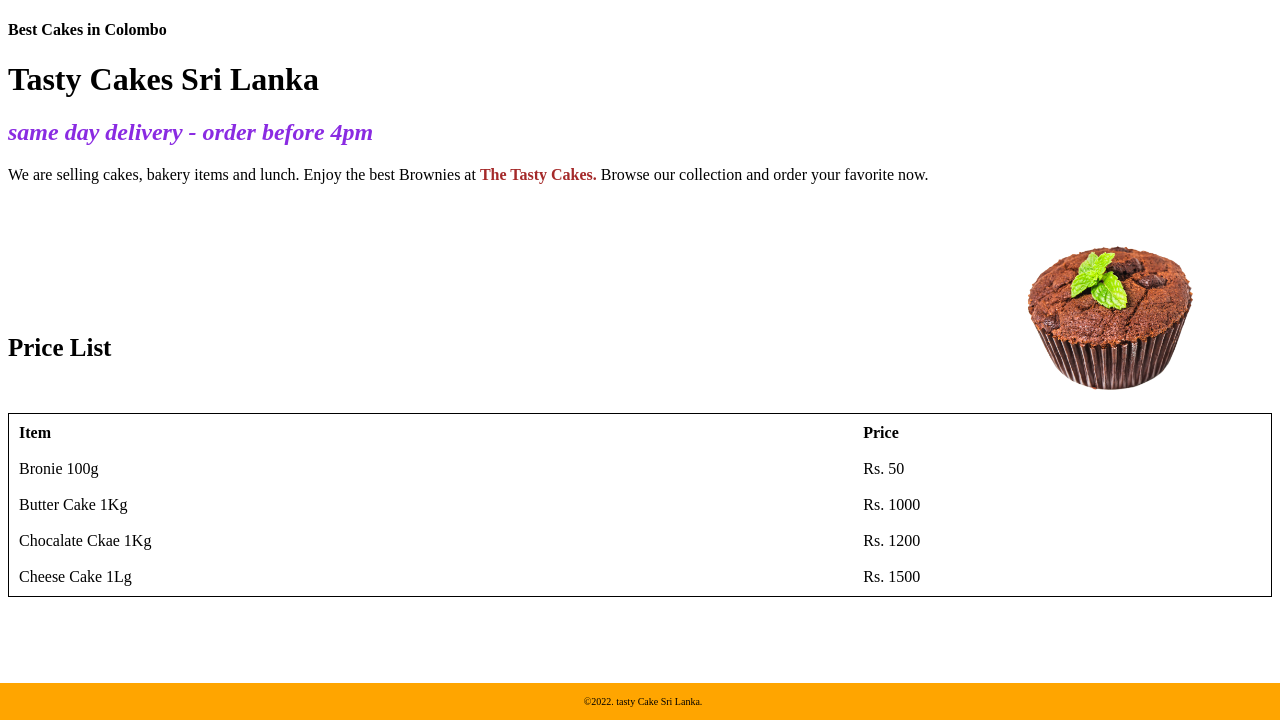
Repository: DhananjayaLakshan/Uom-Web_Design_For_Beginners
Page: work01/index.html
An editor plug-in stored every save of this project. The page is shown before and after the next save, followed by the edit.
The browser window is 1280 px wide. The pictures show the whole page.

Above is the page before, as saved 2023-11-24 18:36:30.

After the next save:
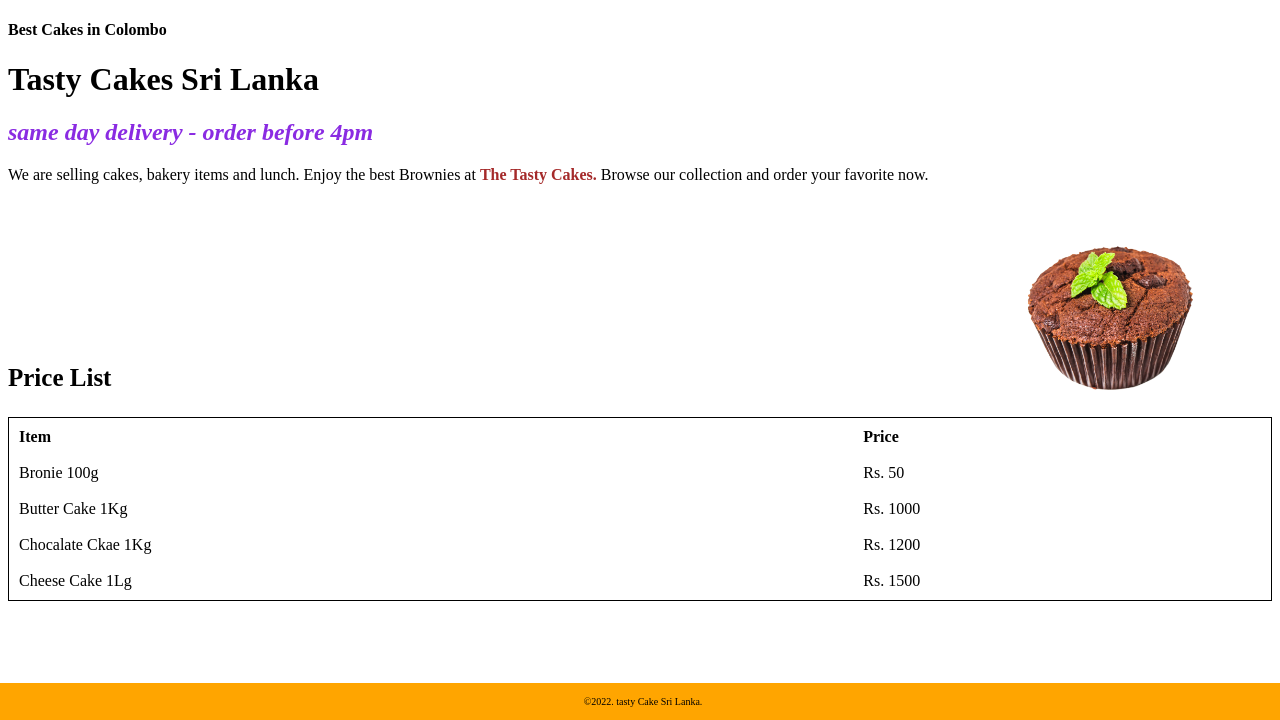
Saved 12 s later.
--- a/work01/styles.css
+++ b/work01/styles.css
@@ -8,7 +8,7 @@ img{
 }
 
 .pricetopic{
-    margin-top: 150px;
+    margin-top: 180px;
     font-size: 25px;
     font-weight: bold;
 }
